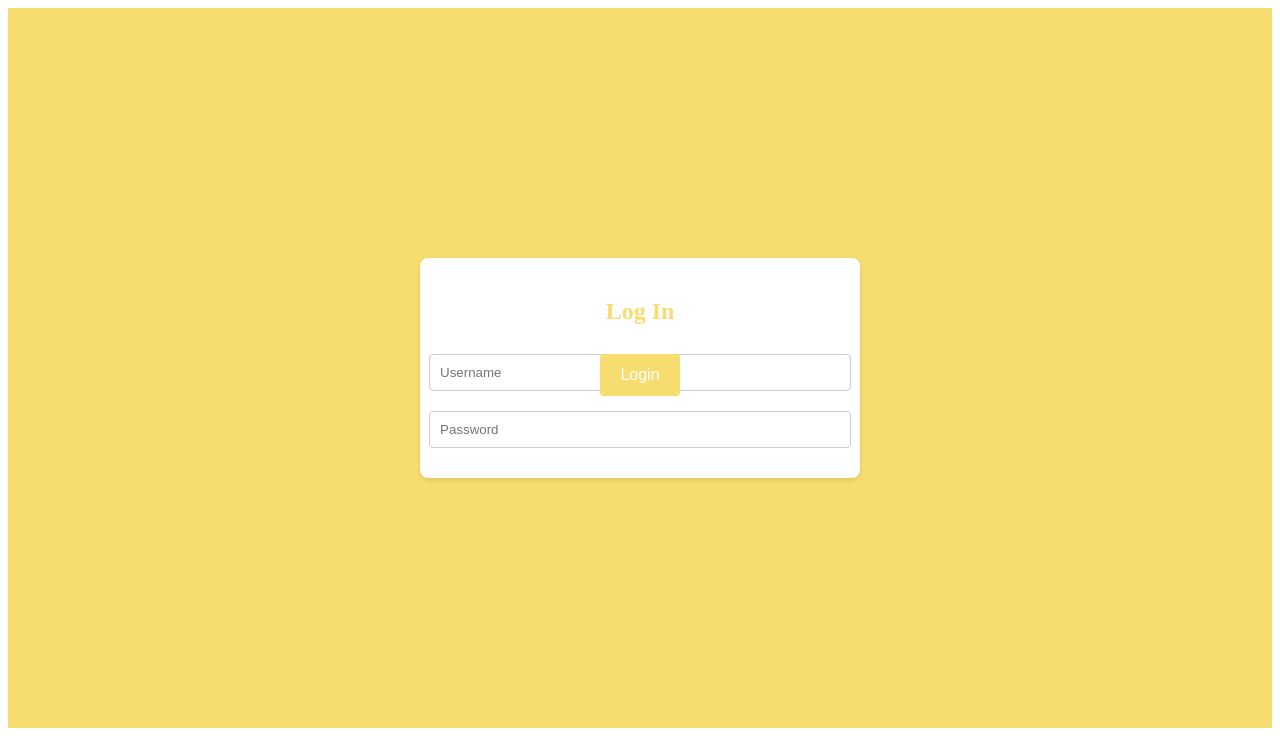
Repository: SamLProgrammer/church_billboard_front_app
Page: /months
These files come from the project's save history. The page is drawn as it stood at one moment and after the next save; the edit follows.
The browser window is 1280 px wide. The pictures show the whole page.
The project was rebuilt for these pictures with package versions that can differ from the ones it lists, and the page was loaded fresh each time. Also part of the build but not shown: vite.config.js, src/hooks/useFetchMonthFamilyEvents.js, src/components/Card.jsx, src/components/TablesViewer.jsx, src/components/CellRender.jsx, src/components/FamilyEventTable.jsx, src/styles/TopCenteredTitle.css, src/components/MonthTitle.jsx and 1 more.

Above is the page before, as saved 2023-10-28 20:39:48.

After the next save:
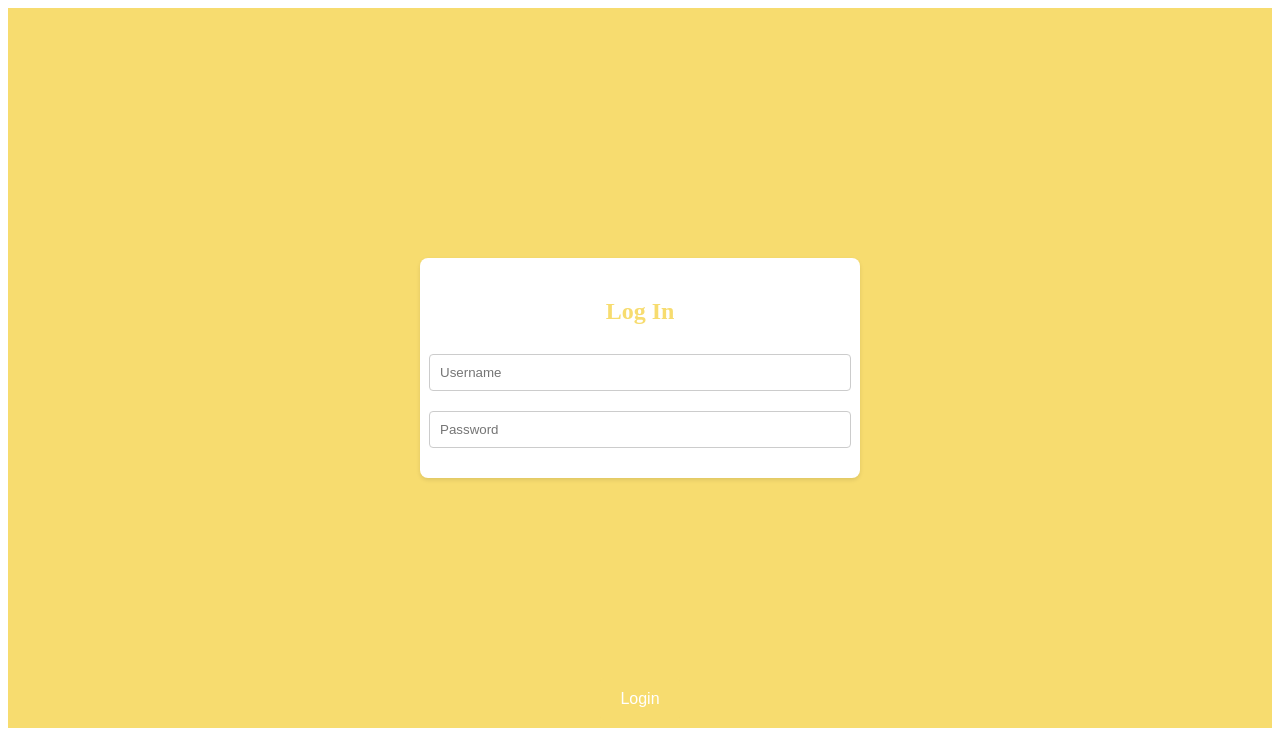
Saved 13 s later.
--- a/src/styles/NiceTable.css
+++ b/src/styles/NiceTable.css
@@ -26,6 +26,7 @@
   position: absolute;
   z-index: 100;
   margin-top: 10px; /* Add space between the table and the button */
+  bottom: 0;
 }
 
 .cell-render {

After the save that followed:
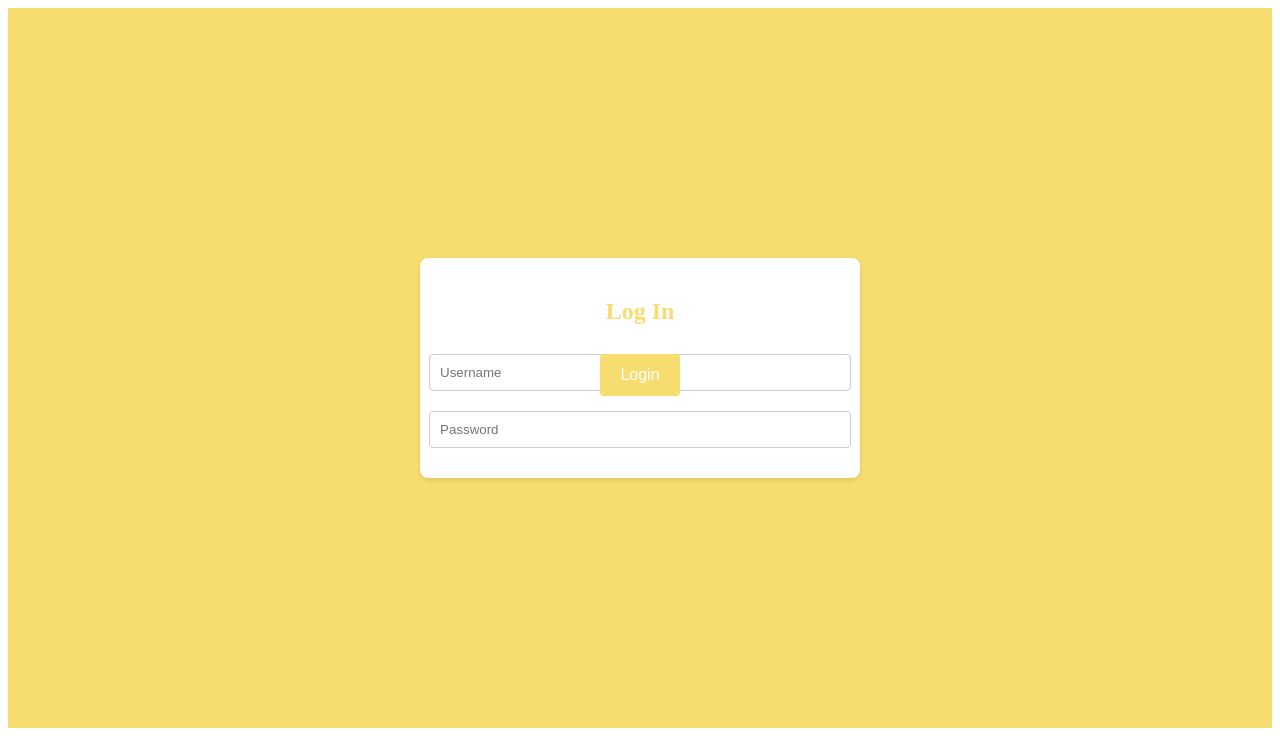
Saved 36 s later.
--- a/src/styles/NiceTable.css
+++ b/src/styles/NiceTable.css
@@ -25,8 +25,7 @@
 button {
   position: absolute;
   z-index: 100;
-  margin-top: 10px; /* Add space between the table and the button */
-  bottom: 0;
+  margin-top: 10px; /* Add space between the table and the button */;
 }
 
 .cell-render {
